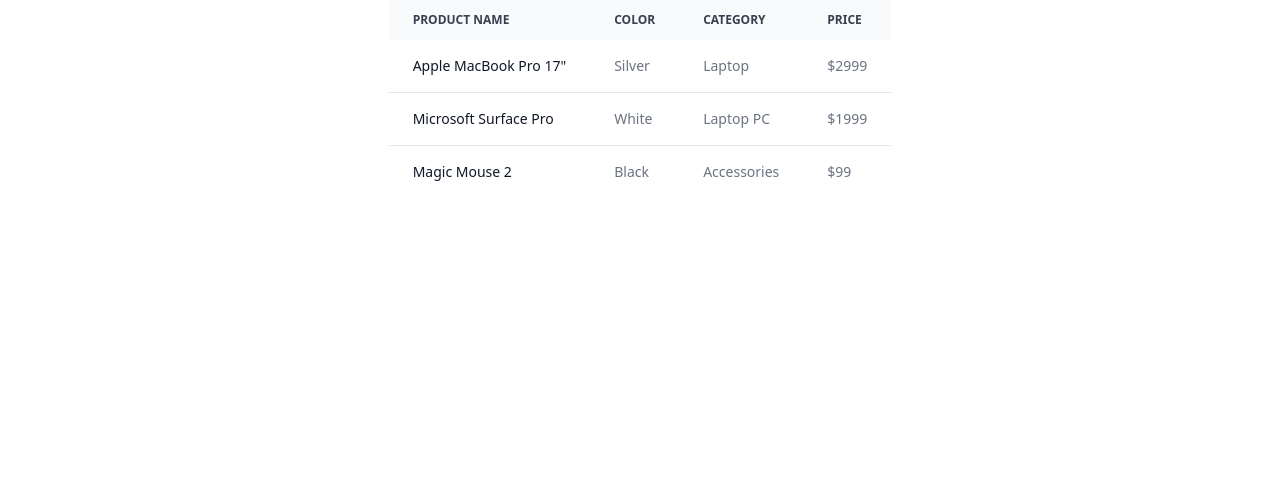
Repository: theanmol-raj/2010080029
Page: /
The author's editor kept a copy of each file at every save. The page is drawn from the files as they stood at one save, then again after the next save.
The browser window is 1280 px wide. The pictures show the whole page.
The project was rebuilt for these pictures with package versions that can differ from the ones it lists, and the page was loaded fresh each time. Also part of the build but not shown: src/components/IndividualTrainINfo.jsx.

Above is the page before, as saved 2023-04-29 20:13:10.

### src/index.js
import React from 'react';
import ReactDOM from 'react-dom/client';
import './index.css';
import App from './App';
import { BrowserRouter  } from "react-router-dom";


const root = ReactDOM.createRoot(document.getElementById('root'));
root.render(
    <BrowserRouter>

        <App />
    </BrowserRouter>

);

### src/App.js
import { Route ,Routes } from "react-router-dom";
import instance from "./axios";
import { useState ,useEffect } from "react";
import TrainINfo from "./components/TrainINfo";
import IndividualTrainINfo from "./components/IndividualTrainINfo";



function App() {
  // {
  //   "companyName": "Anmol Train Company",
  //   "clientID": "17d8bdd4-05e1-4a46-84d1-117cefa947ce",
  //   "clientSecret": "gqubNiIzWcEZsdyU",
  // }







  return (
    <div className="">
        <Routes>
          <Route path="/" element={<TrainINfo />}  />
          <Route path="/q=:id" element={<IndividualTrainINfo />}  />


     </Routes>
    </div>
  );
}

export default App;

### src/axios.js
import axios from "axios";

const config = {
  headers: {
    "Access-Control-Allow-Origin": "*",
    "Content-Type": "text/plain",
  },
};
const instance = axios.create({
  baseURL: "http://104.211.219.98",
  https: config,
});

export default instance;

### src/components/TrainINfo.jsx
import React from 'react'

function TrainINfo() {
  return (
    <div className=' flex justify-center items-center h-full'>    <div className=' flex max-w-7xl mx-auto'>
        <div class="relative  w-full">
    <table class="w-full text-sm text-left text-gray-500 dark:text-gray-400">
        <thead class="text-xs text-gray-700 uppercase bg-gray-50 dark:bg-gray-700 dark:text-gray-400">
            <tr>
                <th scope="col" class="px-6 py-3">
                    Product name
                </th>
                <th scope="col" class="px-6 py-3">
                    Color
                </th>
                <th scope="col" class="px-6 py-3">
                    Category
                </th>
                <th scope="col" class="px-6 py-3">
                    Price
                </th>
            </tr>
        </thead>
        <tbody>
            <tr class="bg-white border-b dark:bg-gray-800 dark:border-gray-700">
                <th scope="row" class="px-6 py-4 font-medium text-gray-900 whitespace-nowrap dark:text-white">
                    Apple MacBook Pro 17"
                </th>
                <td class="px-6 py-4">
                    Silver
                </td>
                <td class="px-6 py-4">
                    Laptop
                </td>
                <td class="px-6 py-4">
                    $2999
                </td>
            </tr>
            <tr class="bg-white border-b dark:bg-gray-800 dark:border-gray-700">
                <th scope="row" class="px-6 py-4 font-medium text-gray-900 whitespace-nowrap dark:text-white">
                    Microsoft Surface Pro
                </th>
                <td class="px-6 py-4">
                    White
                </td>
                <td class="px-6 py-4">
                    Laptop PC
                </td>
                <td class="px-6 py-4">
                    $1999
                </td>
            </tr>
            <tr class="bg-white dark:bg-gray-800">
                <th scope="row" class="px-6 py-4 font-medium text-gray-900 whitespace-nowrap dark:text-white">
                    Magic Mouse 2
                </th>
                <td class="px-6 py-4">
                    Black
                </td>
                <td class="px-6 py-4">
                    Accessories
                </td>
                <td class="px-6 py-4">
                    $99
                </td>
            </tr>
        </tbody>
    </table>
</div>
    </div>
    </div>
  )
}

export default TrainINfo

### tailwind.config.js
/** @type {import('tailwindcss').Config} */
module.exports = {
  content: [
    "./src/**/*.{js,jsx,ts,tsx}",],
  theme: {
    extend: {},
  },
  plugins: [],
}

Loaded but not shown: public/index.html (common file); src/index.css (common file)

After the next save:
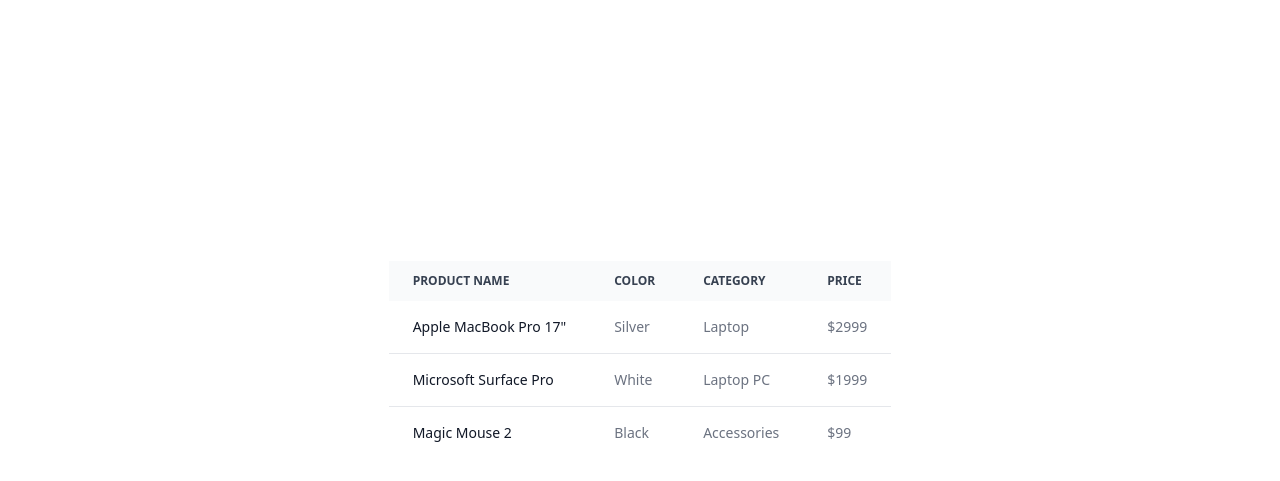
Saved 5 s later.
--- a/src/components/TrainINfo.jsx
+++ b/src/components/TrainINfo.jsx
@@ -2,7 +2,7 @@
 
 function TrainINfo() {
   return (
-    <div className=' flex justify-center items-center h-full'>    <div className=' flex max-w-7xl mx-auto'>
+    <div className=' flex justify-center items-center h-screen'>    <div className=' flex max-w-7xl mx-auto'>
         <div class="relative  w-full">
     <table class="w-full text-sm text-left text-gray-500 dark:text-gray-400">
         <thead class="text-xs text-gray-700 uppercase bg-gray-50 dark:bg-gray-700 dark:text-gray-400">
